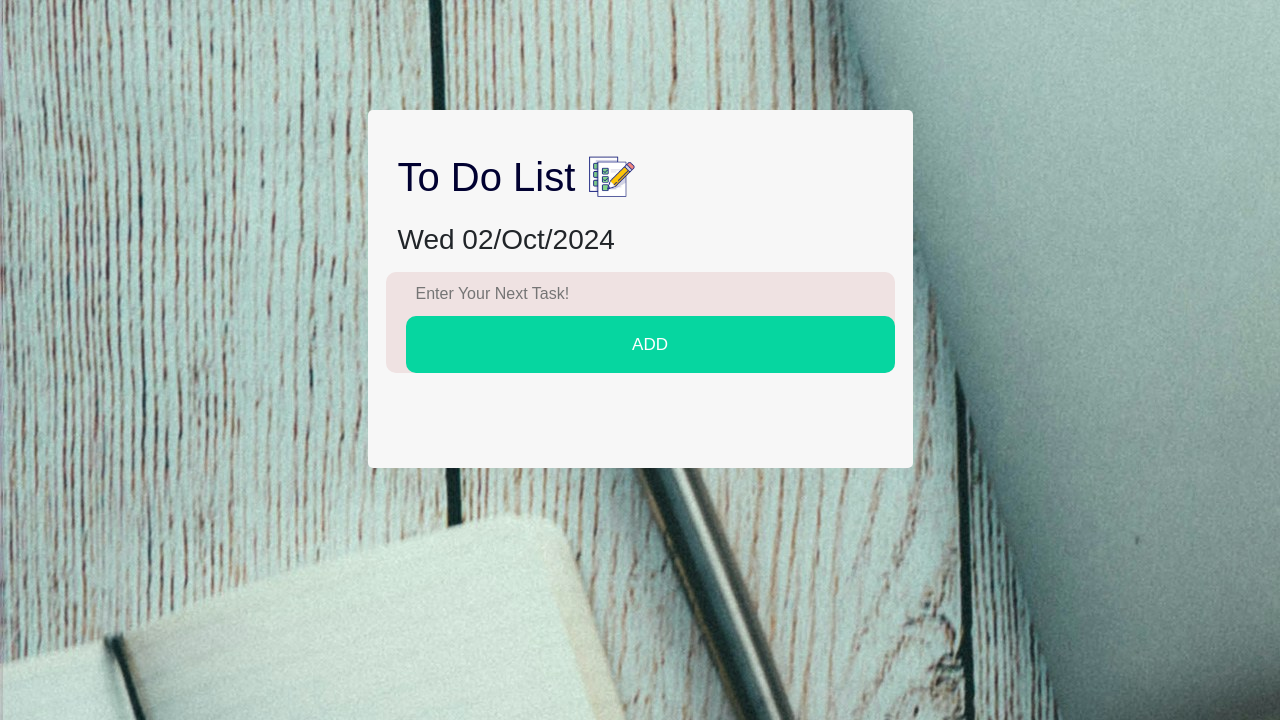
Repository: zeinawady/To_Do_List
Page: index.html
The author's editor kept a copy of each file at every save. The page is drawn from the files as they stood at one save, then again after a run of saves.
The browser window is 1280 px wide. The pictures show the whole page.

Above is the page before, as saved 2024-10-02 02:20:12.

After the next 2 saves:
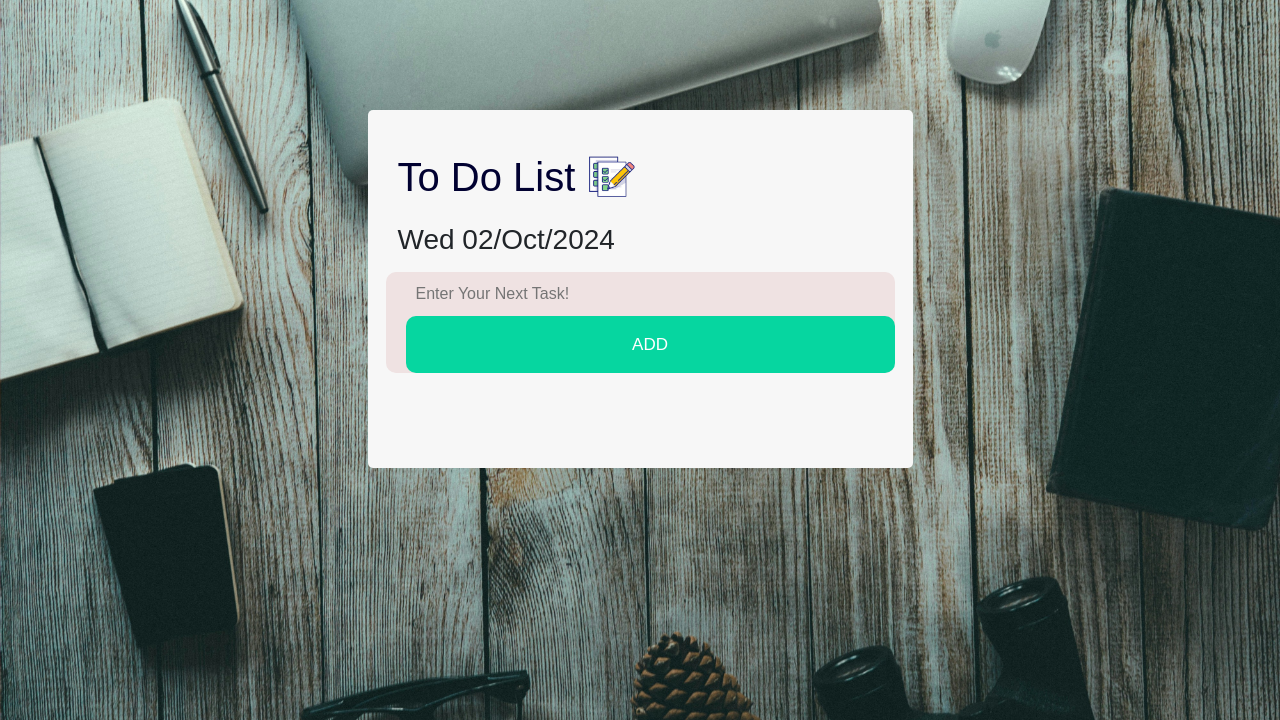
The 2 saves are shown as one change because they came seconds apart.
The last was saved 7 s later.
--- a/css/style.css
+++ b/css/style.css
@@ -14,13 +14,13 @@ li {
 }
 body{
     background-image: url(../images/background3.jpg);
-
+    background-position: center;
+    background-size: cover;
 }
 .container {
     width: 100%;
     min-height: 100vh;
-    background-position: center;
-    background-size: cover;
+
     padding: 10px;
 }
 
